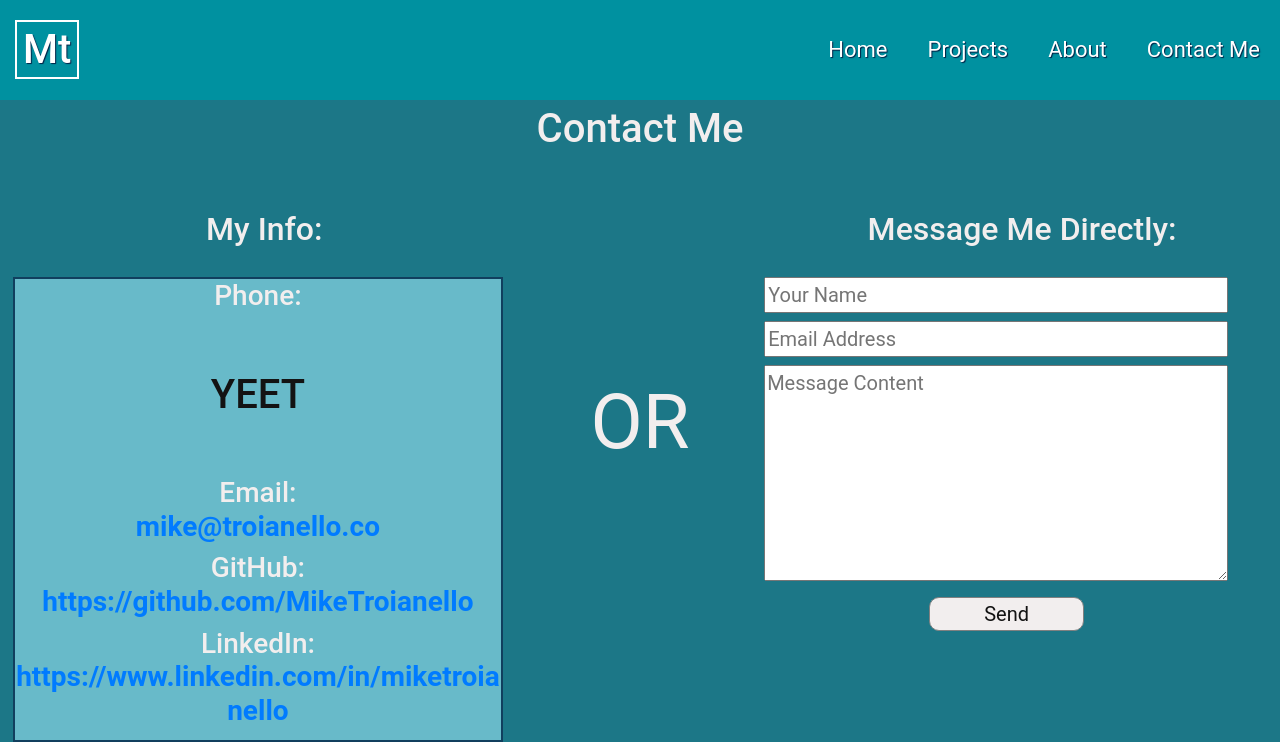
Repository: MikeTroianello/troianello
Page: /contact
The author's editor kept a copy of each file at every save. The page is drawn from the files as they stood at one save, then again after the next save.
The browser window is 1280 px wide. The pictures show the whole page.
The project was rebuilt for these pictures with package versions that can differ from the ones it lists, and the page was loaded fresh each time. Also part of the build but not shown: src/components/context-sensitive/Greet.js, src/components/locations/Home.js, src/components/locations/About/About.css, src/components/locations/About/AboutMobile.css, src/components/locations/About/About.js, src/components/cards/RainbowDay.js, src/components/cards/CanvasBubbles.js, src/components/cards/projectCard.css and 4 more.

Above is the page before, as saved 2019-08-03 14:26:13.

After the next save:
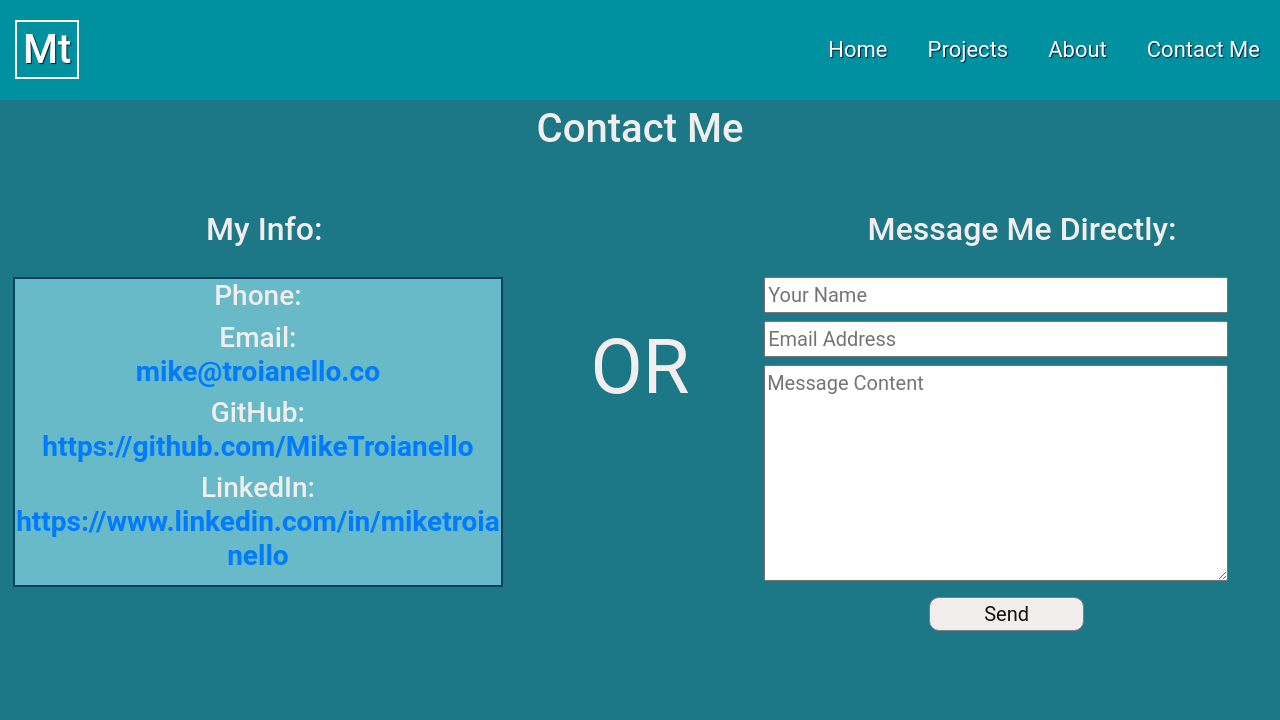
Saved 21 s later.
--- a/src/components/locations/Contact/Contact.js
+++ b/src/components/locations/Contact/Contact.js
@@ -13,13 +13,13 @@
             <h3>
               Phone:
               <br />
-              <span className='contact-number'>
+              {/* <span className='contact-number'>
                 {window.innerWidth > 425 ? (
                   <h1>YEET</h1>
                 ) : (
                   <a href='tel:5098338340'>(509)833-8340</a>
                 )}
-              </span>
+              </span> */}
             </h3>
             <h3>
               <h3>

After the save that followed:
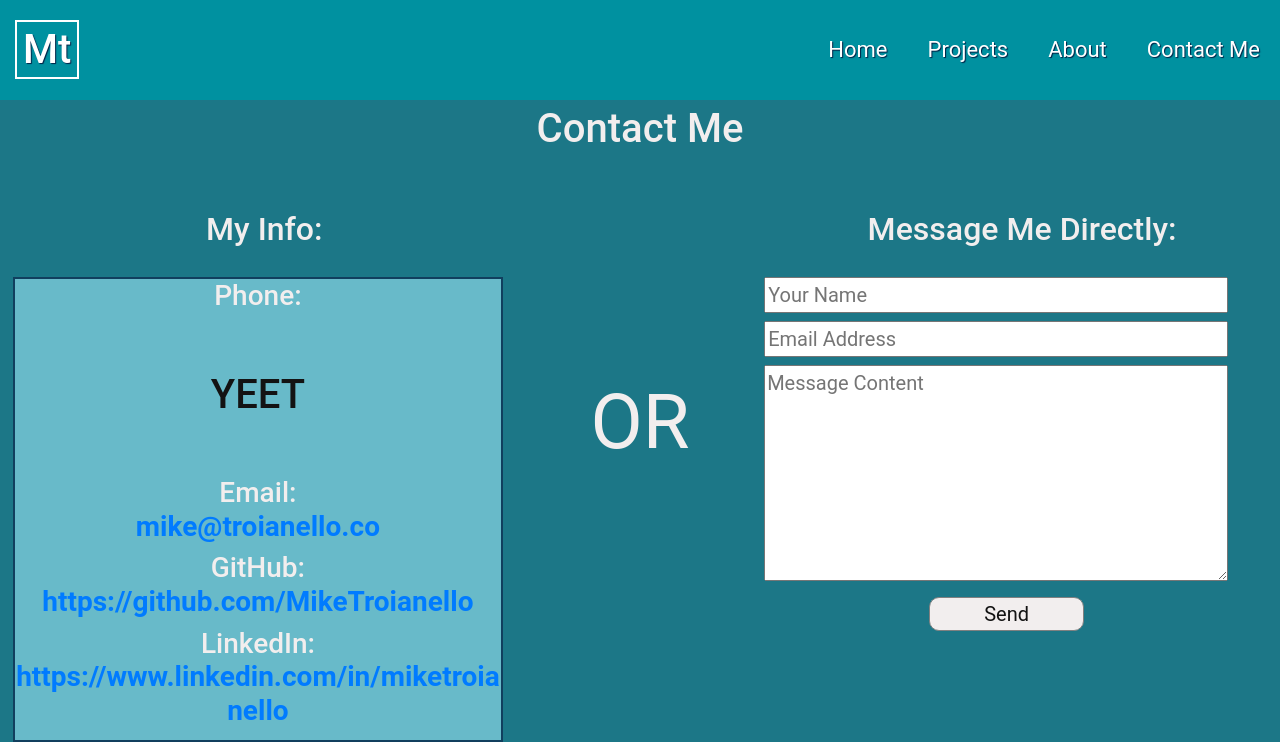
Saved 4 s later.
--- a/src/components/locations/Contact/Contact.js
+++ b/src/components/locations/Contact/Contact.js
@@ -13,13 +13,13 @@
             <h3>
               Phone:
               <br />
-              {/* <span className='contact-number'>
+              <span className='contact-number'>
                 {window.innerWidth > 425 ? (
                   <h1>YEET</h1>
                 ) : (
                   <a href='tel:5098338340'>(509)833-8340</a>
                 )}
-              </span> */}
+              </span>
             </h3>
             <h3>
               <h3>
